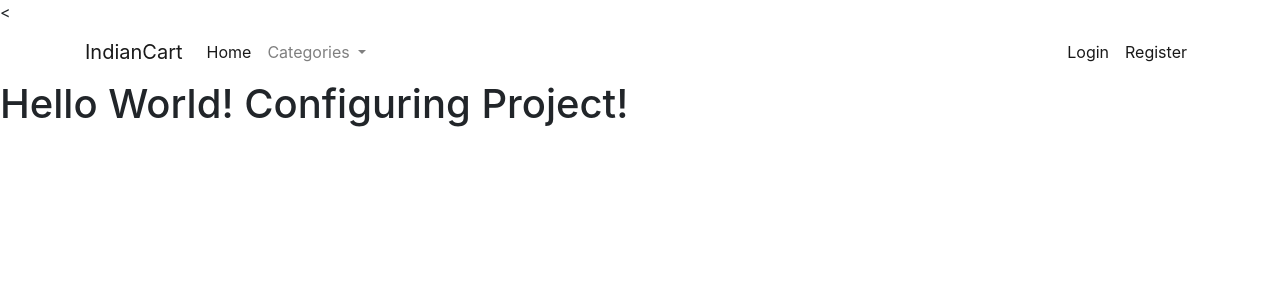
Repository: neerajchavan/E-Commerce-Project
Page: http://localhost/E-Commerce-Project/
The author's editor kept a copy of each file at every save. The page is drawn from the files as they stood at one save, then again after the next save.
The browser window is 1280 px wide. The pictures show the whole page.
Some web libraries are served in a nearby version. The page is served by Tomcat 9.

Above is the page before, as saved 2020-10-07 14:51:53.

After the next save:
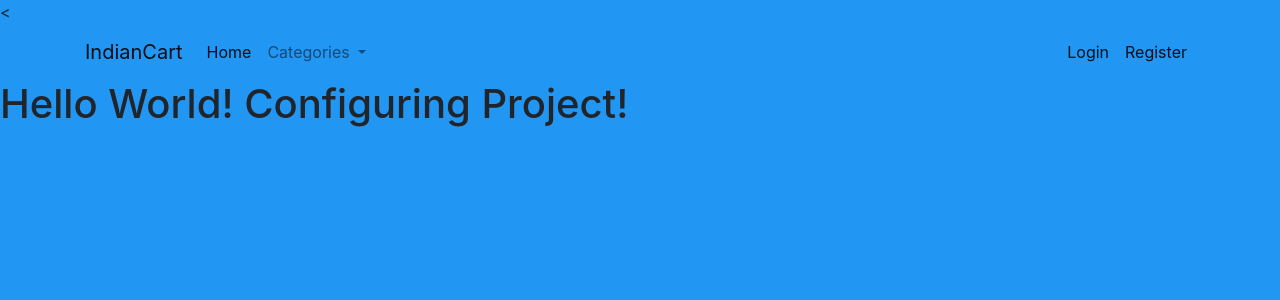
Saved 10 s later.
--- a/E-Commerce-Project/WebContent/CSS/Style.css
+++ b/E-Commerce-Project/WebContent/CSS/Style.css
@@ -1,3 +1,3 @@
-.body{
+body{
 	background:#2196f3;
 }
